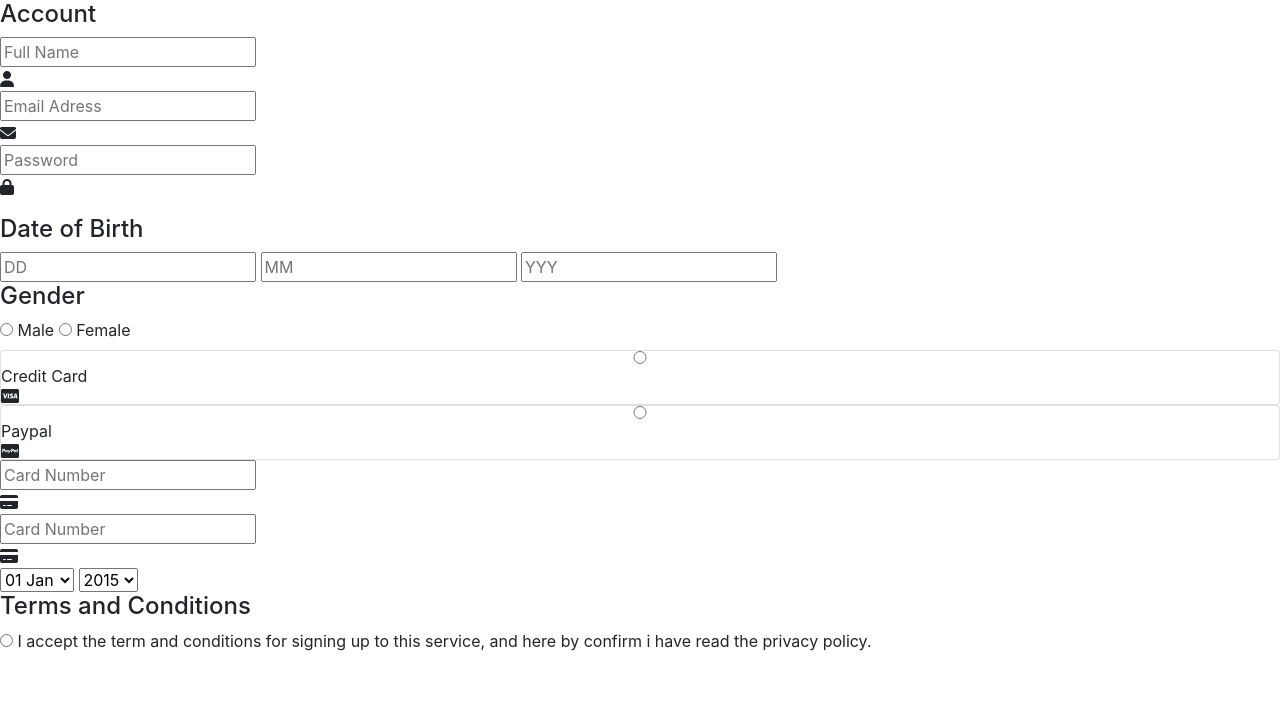
Repository: letrongtinh27/LapTrinhWeb
Page: Payment/index.html
These files come from the project's save history. The page is drawn as it stood at one moment and after the next save; the edit follows.
The browser window is 1280 px wide. The pictures show the whole page.

Above is the page before, as saved 2022-10-11 20:15:06.

### Payment/index.html
<!DOCTYPE html>
<html lang="en">
<head>
    <meta charset="UTF-8">
    <meta http-equiv="X-UA-Compatible" content="IE=edge">
    <meta name="viewport" content="width=device-width, initial-scale=1.0">
    <title>Document</title>
    <link rel="stylesheet" href="./reset.css">
    <link rel="stylesheet" href="./style.css">
    <link rel="stylesheet" href="https://cdn.jsdelivr.net/npm/bootstrap@4.3.1/dist/css/bootstrap.min.css" integrity="sha384-ggOyR0iXCbMQv3Xipma34MD+dH/1fQ784/j6cY/iJTQUOhcWr7x9JvoRxT2MZw1T" crossorigin="anonymous">
    <link rel="stylesheet" href="https://cdnjs.cloudflare.com/ajax/libs/font-awesome/6.2.0/css/all.min.css" integrity="sha512-xh6O/CkQoPOWDdYTDqeRdPCVd1SpvCA9XXcUnZS2FmJNp1coAFzvtCN9BmamE+4aHK8yyUHUSCcJHgXloTyT2A==" crossorigin="anonymous" referrerpolicy="no-referrer" />
</head>
<body>
    <div class="payment">
        <form action="#" class="form-payment">
            <h4 class="title">Account</h4>
            <div class="form-group">
            <div class="form-item">
                <input type="text" placeholder="Full Name">
                <div class="icon">
                    <i class="fa-solid fa-user"></i>
                </div>
            </div>
            <div class="form-item">
                <input type="email" placeholder="Email Adress">
                <div class="icon">
                    <i class="fa-solid fa-envelope"></i>
                </div>
            </div>
            <div class="form-item">
                <input type="password" placeholder="Password">
                <div class="icon">
                    <i class="fa-solid fa-lock"></i>
                </div>
            </div>
        </div>
            <div class="form-group2">
                <div class="group-left">
                <h4 class="title">Date of Birth</h4>
                <div class="form-item">
                    <input type="number" placeholder="DD">
                    <input type="number" placeholder="MM">
                    <input type="number" placeholder="YYY">
                </div>
            </div>
            <div class="group-right">
                <h4 class="title">Gender</h4>
                <div class="form-item">
                    <input type="radio" placeholder="DD">
                    <label for="">Male</label>
                    <input type="radio" placeholder="MM">
                    <label for="">Female</label>
                </div>
            </div>
            <div class="form-item">
                <div class="card">
                    <input type="radio"> Credit Card
                    <i class="fa-brands fa-cc-visa"></i>
                </div>
                <div class="card">
                    <input type="radio"> Paypal
                    <i class="fa-brands fa-cc-paypal"></i>
                </div>
                </div>
                <div class="form-item">
                    <input type="text" placeholder="Card Number">
                    <div class="icon">
                        <i class="fa-solid fa-credit-card"></i>
                    </div>
                </div>
                <div class="form-item">
                   <div class="right">
                    <input type="text" placeholder="Card Number">
                    <div class="icon">
                        <i class="fa-solid fa-credit-card"></i>
                    </div>
                   </div>
                   <div class="left">
                    <select name="" id="">
                        <option value="">01 Jan</option>
                        <option value="">02 Jan</option>
                    </select>
                    <select name="" id="">
                        <option value="">2015</option>
                        <option value="">2016</option>
                    </select>
                   </div>
                </div>
                <div class="form-item">
                    <h4 class="title">Terms and Conditions</h4>
                    <input type="radio">
                    <label for="">I accept the term and conditions for signing up to this service, and here by confirm i have read the privacy policy.</label>
                </div>
            </div>
            </div>
        </form>
    </div>
</body>
</html>

### Payment/style.css
/* https://codepen.io/josecarneiro/pen/Kwbapp @import: "libs/base.less"; */
body {
    font-family: 'Open Sans',sans-serif;
    background-color: gray;
}
.payment{

}
.form-payment{

}
.title{

}
.form-group{

}
.form-item{

}
.icon{

}
.fa-solid{

}
.fa-user{

}
.fa-envelope{

}
.fa-lock{

}
.form-group2{

}
.group-left{

}
.group-right{

}
.card{

}
.fa-brands{

}
.fa-cc-visa{

}
.fa-cc-paypal{

}
.fa-credit-card{

}
.right{

}
.left{

}

Loaded but not shown: Payment/reset.css (common file)

After the next save:
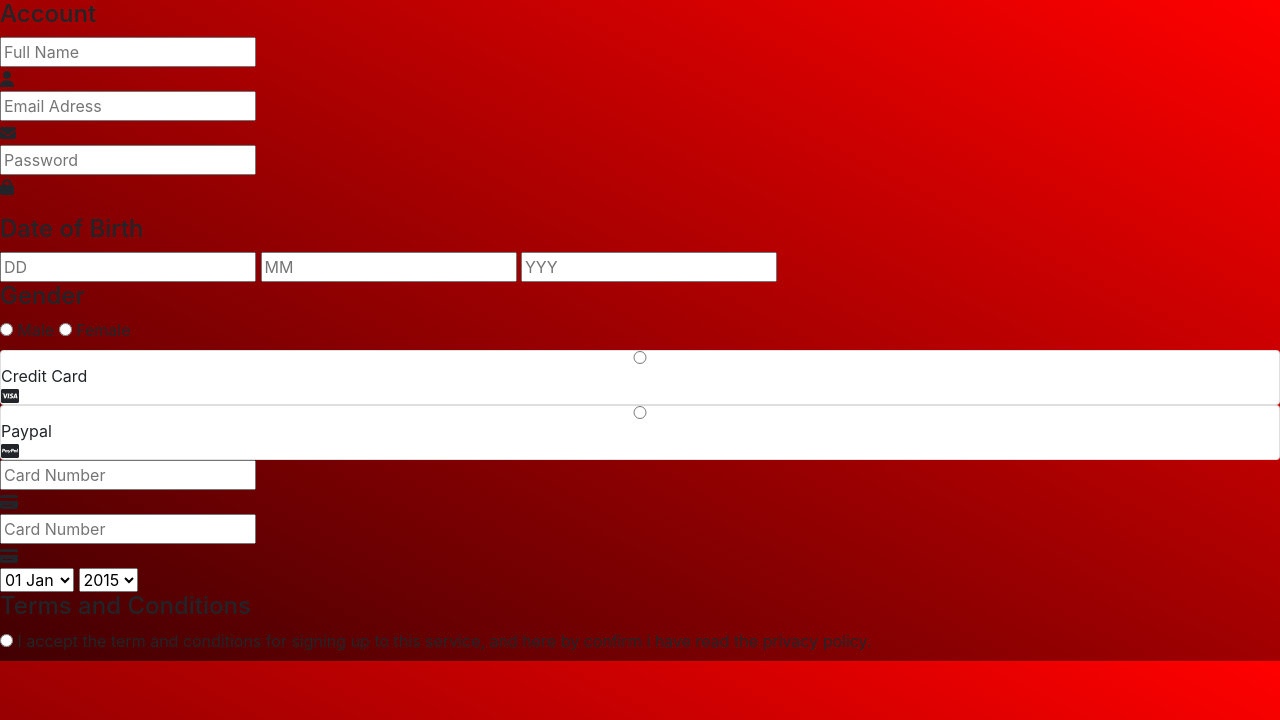
Saved 33 s later.
--- a/Payment/style.css
+++ b/Payment/style.css
@@ -1,7 +1,7 @@
 /* https://codepen.io/josecarneiro/pen/Kwbapp @import: "libs/base.less"; */
 body {
     font-family: 'Open Sans',sans-serif;
-    background-color: gray;
+    background-image: linear-gradient(to right top, #410002, red);
 }
 .payment{
 

After the 2 saves that followed:
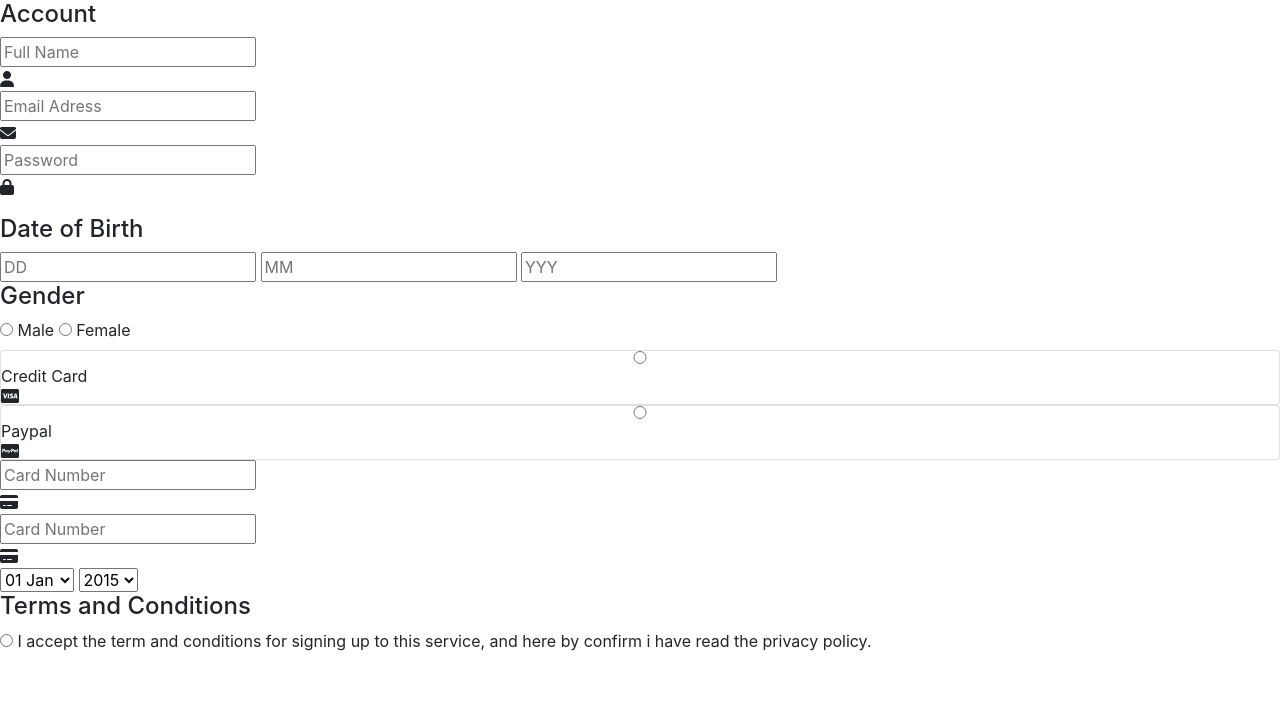
The 2 saves are shown as one change because 1 left the picture as it was.
The last was saved 28 s later.
--- a/Payment/style.css
+++ b/Payment/style.css
@@ -1,7 +1,6 @@
 /* https://codepen.io/josecarneiro/pen/Kwbapp @import: "libs/base.less"; */
 body {
     font-family: 'Open Sans',sans-serif;
-    background-image: linear-gradient(to right top, #410002, red);
 }
 .payment{
 
